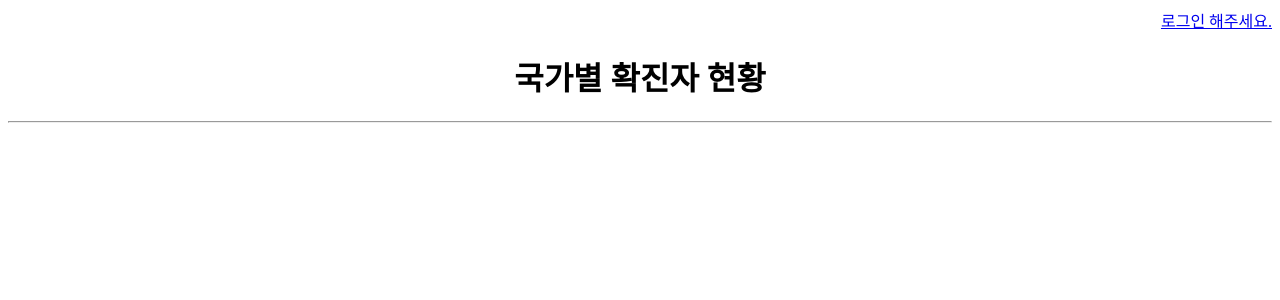
Repository: midrash/fileUpload-Test
Page: spring-ajax-test-frontend/index.html
An editor plug-in stored every save of this project. The page is shown before and after the next save, followed by the edit.
The browser window is 1280 px wide. The pictures show the whole page.

Above is the page before, as saved 2020-10-28 09:06:49.

### spring-ajax-test-frontend/index.html
<!DOCTYPE html>
<html>
<head>
<meta charset="UTF-8">
<title>Insert title here</title>
<style>
#loginInfo {
	text-align: right;
}

#head {
	text-align: center;
}

.inputtitle {
	display: inline-block;
	width: 100px;
	background: silver;
	text-align: center;
}
</style>
<script	src="https://ajax.googleapis.com/ajax/libs/jquery/3.5.1/jquery.min.js"></script>
<script>
	let root = '/test';
	let isLogin = false;
	let loginUser = {
		id: ''
	}
</script>
</head>
<body>
	<div id="loginInfo">
	</div>

	<h1 id="head">국가별 확진자 현황</h1>
	<hr>
	<div id="countryListArea">
	<form action="deletes">
		<table>
			<thead>
			<tr>
				<th>국가번호</th>
				<th>국가명</th>
				<th>확진자수</th>
				<th>지역</th>
				<th>삭제</th>
			</tr>
			</thead>
			<tbody id="ListBody">

			</tbody>
		</table>
		<div>
			<button>선택항목삭제</button>
		</div>
	</form>
	</div>

	<!--------------------------------------------------------------------------------------------------------------->
	<div id="countryDetailArea">
		<label for="ccode" class="inputtitle">국가 번호</label>
		<input type="text" id="detail_ccode">
		<br>
		<label for="cname" class="inputtitle">국가명</label>
		<input type="text" id="detail_cname">
		<br>
		<label for="patient" class="inputtitle">확진자수</label>
		<input type="text" id="detail_patient">
		<br>
		<label for="rcode" class="inputtitle">지역</label>
		<input type="text" id="detail_rname">
	</div>


	<!--------------------------------------------------------------------------------------------------------------->
	<div id="countryRegistArea">
		<h2>확진자 현황 등록</h2>
	<form id="registForm">
		<label for="ccode" class="inputtitle">국가 코드</label>
		<input type="text" name="ccode" id="ccode">
		<br>
		<label for="cname" class="inputtitle">국가명</label>
		<input type="text" name="cname" id="cname">
		<br>
		<label for="patient" class="inputtitle">확진자수</label>
		<input type="number" name="patient" id="patient">
		<br>
		<label for="rcode" class="inputtitle">지역</label>
		<select id="rcode" name="rcode">
			<option value="eu">유럽
			<option value="na">북아메리카
			<option value="as">아시아
		</select>
		<br>
		<input type="submit" value="확진자 현황 등록">
		<input type="reset" value="초기화">
	</form>


	<!--------------------------------------------------------------------------------------------------------------->
	<div id="loginArea">
		<div id="loginMsg">
			<h2>이미 로그인 되있습니다.</h2>
		</div>
		<div id="loginFormDiv">
			<div>
				<label>아이디</label> <input type="text" id="id">
			</div>
			<div>
				<label>패스워드</label> <input type="password" id="pw">
			</div>
			<div>
				<button type="button" id="LoginBtn">로그인</button>
			</div>
		</div>



	</div>
	<div>
			<a href="#">홈으로</a>
			<a href="/country/regist">국가별 확진자등록</a>
			<a href="#" id="viewList" >목록보기</a>
		</div>
	<script >
	// 로그인 여부에 따라서 화면의 멘트 체인지
	if (isLogin){
		$("#loginInfo").html(`${loginUser.id }님 로그인되었습니다. <a	href="${root}/user/logout">로그아웃</a>`);
		$("#loginMsg").show();
		$("#loginFormDiv").hide();
		$("#countryListArea").hide();


	} else {
		$("#loginInfo").html(`<a href="${root}">로그인 해주세요.</a>`);
		$("#loginMsg").hide();
		$("#loginFormDiv").show();

	}
	$("#countryListArea,#countryRegistArea,#countryDetailArea").hide();

	// 상세 이벤트 처리

	$("#ListBody").on("click"," a",function(){
		console.log($(this).text());
		$.ajax({
			url: `${root}/country/detail.do`,
			data: {
				ccode : $(this).text()
			},
			dataType :'json',
			success: function(data){
				console.dir(data);
				$("#detail_ccode").val(data.ccode);
				$("#detail_cname").val(data.cname);
				$("#detail_patient").val(data.patient);
				$("#detail_rname").val(data.rname);

				$("#loginArea").hide();
				$("#countryRegistArea").hide();
				$("#countryListArea").hide();
				$("#countryDetailArea").show();
			},
			error : function(){
				alert("상세 정보 조회시 문제 발생");
			}

		});




	});


	// 목록 이벤트 처리
	$("#viewList").click(function(){
		$.ajax({
			url: `${root}/country/list.do`,
			dataType :'json',
			success: function(data){
				console.dir(data);
				$("#ListBody").html("");
				$.each(data,function(i,v){
				console.log(i,v);
				$("#ListBody").append(`
					<tr>
						<td><a href="#detail?ccode=${v.ccode}">${v.ccode}</a></td>
						<td>${v.cname}</td>
						<td>${v.patient}</td>
						<td>${v.rname}</td>
						<td><input type="checkbox" name="ccodes" value="${v.ccode}"></td>
					</tr>
					`);
				});
				$("#loginArea").hide();
				$("#countryRegistArea").hide();
				$("#countryListArea").show();
				$("#countryDetailArea").hide();

			},
			error: function(){
					alert("조회시 에러 발생");
			}
		});
	});


	// 등록 이벤트 처리
	$("#registForm").submit(function(e){
// 		console.log("서브밋 버튼 클릭됨");
		e.preventDefault(); // 기본 이벤트를 중단시키기

// 		console.log($("#registForm").serialize());
		$.ajax({
			url: `${root}/country/regist.do`,
			type:'POST',
			data: $("#registForm").serialize(),
			dataType :'json',
			success: function(data){
				console.dir(data);
				if (data.result == "0") {
					alert("등록시 문제 발생");
				}else{
					alert("코로나 현황 정보가 등록되었습니다.")
					//폼 데이터를 빈값으로 변경
					$("#registForm")[0].reset();
				}
			},
			error : function(){
				alert("등록시 문제 발생");
			}
		});
	})



	// 로그인 버튼 이벤트 설정하기
	$("#LoginBtn").click(function(){
		// 사용자가 입력한 내용을 /user/login.do를 처리하는 메서드로 ajax 요청
		$.ajax({
			url: `${root}/user/login.do`,
			type:'POST',
			data: {
				id:$('#id').val(),
				pw:$('#pw').val()
			},
			dataType :'json',
			success: function(data){
				console.dir(data);
				if (data.result == "0") {
					alert("아이디 또는 패스워드를 확인하세요")
				}else{
					$("#countryRegistArea").show();
					$("#loginArea").hide();
					$("#detailArea").hide();
					$("#countryDetailArea").hide();
				}
			}
		});
	});

	</script>
</body>
</html>

### spring-ajax-test-frontend/js/notify.js
/* Notify.js - http://notifyjs.com/ Copyright (c) 2015 MIT */
(function (factory) {
	// UMD start
	// https://github.com/umdjs/umd/blob/master/jqueryPluginCommonjs.js
	if (typeof define === 'function' && define.amd) {
		// AMD. Register as an anonymous module.
		define(['jquery'], factory);
	} else if (typeof module === 'object' && module.exports) {
		// Node/CommonJS
		module.exports = function( root, jQuery ) {
			if ( jQuery === undefined ) {
				// require('jQuery') returns a factory that requires window to
				// build a jQuery instance, we normalize how we use modules
				// that require this pattern but the window provided is a noop
				// if it's defined (how jquery works)
				if ( typeof window !== 'undefined' ) {
					jQuery = require('jquery');
				}
				else {
					jQuery = require('jquery')(root);
				}
			}
			factory(jQuery);
			return jQuery;
		};
	} else {
		// Browser globals
		factory(jQuery);
	}
}(function ($) {
	//IE8 indexOf polyfill
	var indexOf = [].indexOf || function(item) {
		for (var i = 0, l = this.length; i < l; i++) {
			if (i in this && this[i] === item) {
				return i;
			}
		}
		return -1;
	};

	var pluginName = "notify";
	var pluginClassName = pluginName + "js";
	var blankFieldName = pluginName + "!blank";

	var positions = {
		t: "top",
		m: "middle",
		b: "bottom",
		l: "left",
		c: "center",
		r: "right"
	};
	var hAligns = ["l", "c", "r"];
	var vAligns = ["t", "m", "b"];
	var mainPositions = ["t", "b", "l", "r"];
	var opposites = {
		t: "b",
		m: null,
		b: "t",
		l: "r",
		c: null,
		r: "l"
	};

	var parsePosition = function(str) {
		var pos;
		pos = [];
		$.each(str.split(/\W+/), function(i, word) {
			var w;
			w = word.toLowerCase().charAt(0);
			if (positions[w]) {
				return pos.push(w);
			}
		});
		return pos;
	};

	var styles = {};

	var coreStyle = {
		name: "core",
		html: "<div class=\"" + pluginClassName + "-wrapper\">\n	<div class=\"" + pluginClassName + "-arrow\"></div>\n	<div class=\"" + pluginClassName + "-container\"></div>\n</div>",
		css: "." + pluginClassName + "-corner {\n	position: fixed;\n	margin: 5px;\n	z-index: 1050;\n}\n\n." + pluginClassName + "-corner ." + pluginClassName + "-wrapper,\n." + pluginClassName + "-corner ." + pluginClassName + "-container {\n	position: relative;\n	display: block;\n	height: inherit;\n	width: inherit;\n	margin: 3px;\n}\n\n." + pluginClassName + "-wrapper {\n	z-index: 1;\n	position: absolute;\n	display: inline-block;\n	height: 0;\n	width: 0;\n}\n\n." + pluginClassName + "-container {\n	display: none;\n	z-index: 1;\n	position: absolute;\n}\n\n." + pluginClassName + "-hidable {\n	cursor: pointer;\n}\n\n[data-notify-text],[data-notify-html] {\n	position: relative;\n}\n\n." + pluginClassName + "-arrow {\n	position: absolute;\n	z-index: 2;\n	width: 0;\n	height: 0;\n}"
	};

	var stylePrefixes = {
		"border-radius": ["-webkit-", "-moz-"]
	};

	var getStyle = function(name) {
		return styles[name];
	};

	var removeStyle = function(name) {
		if (!name) {
			throw "Missing Style name";
		}
		if (styles[name]) {
			delete styles[name];
		}
	};

	var addStyle = function(name, def) {
		if (!name) {
			throw "Missing Style name";
		}
		if (!def) {
			throw "Missing Style definition";
		}
		if (!def.html) {
			throw "Missing Style HTML";
		}
		//remove existing style
		var existing = styles[name];
		if (existing && existing.cssElem) {
			if (window.console) {
				console.warn(pluginName + ": overwriting style '" + name + "'");
			}
			styles[name].cssElem.remove();
		}
		def.name = name;
		styles[name] = def;
		var cssText = "";
		if (def.classes) {
			$.each(def.classes, function(className, props) {
				cssText += "." + pluginClassName + "-" + def.name + "-" + className + " {\n";
				$.each(props, function(name, val) {
					if (stylePrefixes[name]) {
						$.each(stylePrefixes[name], function(i, prefix) {
							return cssText += "	" + prefix + name + ": " + val + ";\n";
						});
					}
					return cssText += "	" + name + ": " + val + ";\n";
				});
				return cssText += "}\n";
			});
		}
		if (def.css) {
			cssText += "/* styles for " + def.name + " */\n" + def.css;
		}
		if (cssText) {
			def.cssElem = insertCSS(cssText);
			def.cssElem.attr("id", "notify-" + def.name);
		}
		var fields = {};
		var elem = $(def.html);
		findFields("html", elem, fields);
		findFields("text", elem, fields);
		def.fields = fields;
	};

	var insertCSS = function(cssText) {
		var e, elem, error;
		elem = createElem("style");
		elem.attr("type", 'text/css');
		$("head").append(elem);
		try {
			elem.html(cssText);
		} catch (_) {
			elem[0].styleSheet.cssText = cssText;
		}
		return elem;
	};

	var findFields = function(type, elem, fields) {
		var attr;
		if (type !== "html") {
			type = "text";
		}
		attr = "data-notify-" + type;
		return find(elem, "[" + attr + "]").each(function() {
			var name;
			name = $(this).attr(attr);
			if (!name) {
				name = blankFieldName;
			}
			fields[name] = type;
		});
	};

	var find = function(elem, selector) {
		if (elem.is(selector)) {
			return elem;
		} else {
			return elem.find(selector);
		}
	};

	var pluginOptions = {
		clickToHide: true,
		autoHide: true,
		autoHideDelay: 5000,
		arrowShow: true,
		arrowSize: 5,
		breakNewLines: true,
		elementPosition: "bottom",
		globalPosition: "top right",
		style: "bootstrap",
		className: "error",
		showAnimation: "slideDown",
		showDuration: 400,
		hideAnimation: "slideUp",
		hideDuration: 200,
		gap: 5
	};

	var inherit = function(a, b) {
		var F;
		F = function() {};
		F.prototype = a;
		return $.extend(true, new F(), b);
	};

	var defaults = function(opts) {
		return $.extend(pluginOptions, opts);
	};

	var createElem = function(tag) {
		return $("<" + tag + "></" + tag + ">");
	};

	var globalAnchors = {};

	var getAnchorElement = function(element) {
		var radios;
		if (element.is('[type=radio]')) {
			radios = element.parents('form:first').find('[type=radio]').filter(function(i, e) {
				return $(e).attr("name") === element.attr("name");
			});
			element = radios.first();
		}
		return element;
	};

	var incr = function(obj, pos, val) {
		var opp, temp;
		if (typeof val === "string") {
			val = parseInt(val, 10);
		} else if (typeof val !== "number") {
			return;
		}
		if (isNaN(val)) {
			return;
		}
		opp = positions[opposites[pos.charAt(0)]];
		temp = pos;
		if (obj[opp] !== undefined) {
			pos = positions[opp.charAt(0)];
			val = -val;
		}
		if (obj[pos] === undefined) {
			obj[pos] = val;
		} else {
			obj[pos] += val;
		}
		return null;
	};

	var realign = function(alignment, inner, outer) {
		if (alignment === "l" || alignment === "t") {
			return 0;
		} else if (alignment === "c" || alignment === "m") {
			return outer / 2 - inner / 2;
		} else if (alignment === "r" || alignment === "b") {
			return outer - inner;
		}
		throw "Invalid alignment";
	};

	var encode = function(text) {
		encode.e = encode.e || createElem("div");
		return encode.e.text(text).html();
	};

	function Notification(elem, data, options) {
		if (typeof options === "string") {
			options = {
				className: options
			};
		}
		this.options = inherit(pluginOptions, $.isPlainObject(options) ? options : {});
		this.loadHTML();
		this.wrapper = $(coreStyle.html);
		if (this.options.clickToHide) {
			this.wrapper.addClass(pluginClassName + "-hidable");
		}
		this.wrapper.data(pluginClassName, this);
		this.arrow = this.wrapper.find("." + pluginClassName + "-arrow");
		this.container = this.wrapper.find("." + pluginClassName + "-container");
		this.container.append(this.userContainer);
		if (elem && elem.length) {
			this.elementType = elem.attr("type");
			this.originalElement = elem;
			this.elem = getAnchorElement(elem);
			this.elem.data(pluginClassName, this);
			this.elem.before(this.wrapper);
		}
		this.container.hide();
		this.run(data);
	}

	Notification.prototype.loadHTML = function() {
		var style;
		style = this.getStyle();
		this.userContainer = $(style.html);
		this.userFields = style.fields;
	};

	Notification.prototype.show = function(show, userCallback) {
		var args, callback, elems, fn, hidden;
		callback = (function(_this) {
			return function() {
				if (!show && !_this.elem) {
					_this.destroy();
				}
				if (userCallback) {
					return userCallback();
				}
			};
		})(this);
		hidden = this.container.parent().parents(':hidden').length > 0;
		elems = this.container.add(this.arrow);
		args = [];
		if (hidden && show) {
			fn = "show";
		} else if (hidden && !show) {
			fn = "hide";
		} else if (!hidden && show) {
			fn = this.options.showAnimation;
			args.push(this.options.showDuration);
		} else if (!hidden && !show) {
			fn = this.options.hideAnimation;
			args.push(this.options.hideDuration);
		} else {
			return callback();
		}
		args.push(callback);
		return elems[fn].apply(elems, args);
	};

	Notification.prototype.setGlobalPosition = function() {
		var p = this.getPosition();
		var pMain = p[0];
		var pAlign = p[1];
		var main = positions[pMain];
		var align = positions[pAlign];
		var key = pMain + "|" + pAlign;
		var anchor = globalAnchors[key];
		if (!anchor || !document.body.contains(anchor[0])) {
			anchor = globalAnchors[key] = createElem("div");
			var css = {};
			css[main] = 0;
			if (align === "middle") {
				css.top = '45%';
			} else if (align === "center") {
				css.left = '45%';
			} else {
				css[align] = 0;
			}
			anchor.css(css).addClass(pluginClassName + "-corner");
			$("body").append(anchor);
		}
		return anchor.prepend(this.wrapper);
	};

	Notification.prototype.setElementPosition = function() {
		var arrowColor, arrowCss, arrowSize, color, contH, contW, css, elemH, elemIH, elemIW, elemPos, elemW, gap, j, k, len, len1, mainFull, margin, opp, oppFull, pAlign, pArrow, pMain, pos, posFull, position, ref, wrapPos;
		position = this.getPosition();
		pMain = position[0];
		pAlign = position[1];
		pArrow = position[2];
		elemPos = this.elem.position();
		elemH = this.elem.outerHeight();
		elemW = this.elem.outerWidth();
		elemIH = this.elem.innerHeight();
		elemIW = this.elem.innerWidth();
		wrapPos = this.wrapper.position();
		contH = this.container.height();
		contW = this.container.width();
		mainFull = positions[pMain];
		opp = opposites[pMain];
		oppFull = positions[opp];
		css = {};
		css[oppFull] = pMain === "b" ? elemH : pMain === "r" ? elemW : 0;
		incr(css, "top", elemPos.top - wrapPos.top);
		incr(css, "left", elemPos.left - wrapPos.left);
		ref = ["top", "left"];
		for (j = 0, len = ref.length; j < len; j++) {
			pos = ref[j];
			margin = parseInt(this.elem.css("margin-" + pos), 10);
			if (margin) {
				incr(css, pos, margin);
			}
		}
		gap = Math.max(0, this.options.gap - (this.options.arrowShow ? arrowSize : 0));
		incr(css, oppFull, gap);
		if (!this.options.arrowShow) {
			this.arrow.hide();
		} else {
			arrowSize = this.options.arrowSize;
			arrowCss = $.extend({}, css);
			arrowColor = this.userContainer.css("border-color") || this.userContainer.css("border-top-color") || this.userContainer.css("background-color") || "white";
			for (k = 0, len1 = mainPositions.length; k < len1; k++) {
				pos = mainPositions[k];
				posFull = positions[pos];
				if (pos === opp) {
					continue;
				}
				color = posFull === mainFull ? arrowColor : "transparent";
				arrowCss["border-" + posFull] = arrowSize + "px solid " + color;
			}
			incr(css, positions[opp], arrowSize);
			if (indexOf.call(mainPositions, pAlign) >= 0) {
				incr(arrowCss, positions[pAlign], arrowSize * 2);
			}
		}
		if (indexOf.call(vAligns, pMain) >= 0) {
			incr(css, "left", realign(pAlign, contW, elemW));
			if (arrowCss) {
				incr(arrowCss, "left", realign(pAlign, arrowSize, elemIW));
			}
		} else if (indexOf.call(hAligns, pMain) >= 0) {
			incr(css, "top", realign(pAlign, contH, elemH));
			if (arrowCss) {
				incr(arrowCss, "top", realign(pAlign, arrowSize, elemIH));
			}
		}
		if (this.container.is(":visible")) {
			css.display = "block";
		}
		this.container.removeAttr("style").css(css);
		if (arrowCss) {
			return this.arrow.removeAttr("style").css(arrowCss);
		}
	};

	Notification.prototype.getPosition = function() {
		var pos, ref, ref1, ref2, ref3, ref4, ref5, text;
		text = this.options.position || (this.elem ? this.options.elementPosition : this.options.globalPosition);
		pos = parsePosition(text);
		if (pos.length === 0) {
			pos[0] = "b";
		}
		if (ref = pos[0], indexOf.call(mainPositions, ref) < 0) {
			throw "Must be one of [" + mainPositions + "]";
		}
		if (pos.length === 1 || ((ref1 = pos[0], indexOf.call(vAligns, ref1) >= 0) && (ref2 = pos[1], indexOf.call(hAligns, ref2) < 0)) || ((ref3 = pos[0], indexOf.call(hAligns, ref3) >= 0) && (ref4 = pos[1], indexOf.call(vAligns, ref4) < 0))) {
			pos[1] = (ref5 = pos[0], indexOf.call(hAligns, ref5) >= 0) ? "m" : "l";
		}
		if (pos.length === 2) {
			pos[2] = pos[1];
		}
		return pos;
	};

	Notification.prototype.getStyle = function(name) {
		var style;
		if (!name) {
			name = this.options.style;
		}
		if (!name) {
			name = "default";
		}
		style = styles[name];
		if (!style) {
			throw "Missing style: " + name;
		}
		return style;
	};

	Notification.prototype.updateClasses = function() {
		var classes, style;
		classes = ["base"];
		if ($.isArray(this.options.className)) {
			classes = classes.concat(this.options.className);
		} else if (this.options.className) {
			classes.push(this.options.className);
		}
		style = this.getStyle();
		classes = $.map(classes, function(n) {
			return pluginClassName + "-" + style.name + "-" + n;
		}).join(" ");
		return this.userContainer.attr("class", classes);
	};

	Notification.prototype.run = function(data, options) {
		var d, datas, name, type, value;
		if ($.isPlainObject(options)) {
			$.extend(this.options, options);
		} else if ($.type(options) === "string") {
			this.options.className = options;
		}
		if (this.container && !data) {
			this.show(false);
			return;
		} else if (!this.container && !data) {
			return;
		}
		datas = {};
		if ($.isPlainObject(data)) {
			datas = data;
		} else {
			datas[blankFieldName] = data;
		}
		for (name in datas) {
			d = datas[name];
			type = this.userFields[name];
			if (!type) {
				continue;
			}
			if (type === "text") {
				d = encode(d);
				if (this.options.breakNewLines) {
					d = d.replace(/\n/g, '<br/>');
				}
			}
			value = name === blankFieldName ? '' : '=' + name;
			find(this.userContainer, "[data-notify-" + type + value + "]").html(d);
		}
		this.updateClasses();
		if (this.elem) {
			this.setElementPosition();
		} else {
			this.setGlobalPosition();
		}
		this.show(true);
		if (this.options.autoHide) {
			clearTimeout(this.autohideTimer);
			this.autohideTimer = setTimeout(this.show.bind(this, false), this.options.autoHideDelay);
		}
	};

	Notification.prototype.destroy = function() {
		this.wrapper.data(pluginClassName, null);
		this.wrapper.remove();
	};

	$[pluginName] = function(elem, data, options) {
		if ((elem && elem.nodeName) || elem.jquery) {
			$(elem)[pluginName](data, options);
		} else {
			options = data;
			data = elem;
			new Notification(null, data, options);
		}
		return elem;
	};

	$.fn[pluginName] = function(data, options) {
		$(this).each(function() {
			var prev = getAnchorElement($(this)).data(pluginClassName);
			if (prev) {
				prev.destroy();
			}
			var curr = new Notification($(this), data, options);
		});
		return this;
	};

	$.extend($[pluginName], {
		defaults: defaults,
		addStyle: addStyle,
		removeStyle: removeStyle,
		pluginOptions: pluginOptions,
		getStyle: getStyle,
		insertCSS: insertCSS
	});

	//always include the default bootstrap style
	addStyle("bootstrap", {
		html: "<div>\n<span data-notify-text></span>\n</div>",
		classes: {
			base: {
				"font-weight": "bold",
				"padding": "8px 15px 8px 14px",
				"text-shadow": "0 1px 0 rgba(255, 255, 255, 0.5)",
				"background-color": "#fcf8e3",
				"border": "1px solid #fbeed5",
				"border-radius": "4px",
				"white-space": "nowrap",
				"padding-left": "25px",
				"background-repeat": "no-repeat",
				"background-position": "3px 7px"
			},
			error: {
				"color": "#B94A48",
				"background-color": "#F2DEDE",
				"border-color": "#EED3D7",
				"background-image": "url(data:[embedded picture, 1114 characters])"
			},
			success: {
				"color": "#468847",
				"background-color": "#DFF0D8",
				"border-color": "#D6E9C6",
				"background-image": "url(data:[embedded picture, 1146 characters])"
			},
			info: {
				"color": "#3A87AD",
				"background-color": "#D9EDF7",
				"border-color": "#BCE8F1",
				"background-image": "url(data:[embedded picture, 1466 characters])"
			},
			warn: {
				"color": "#C09853",
				"background-color": "#FCF8E3",
				"border-color": "#FBEED5",
				"background-image": "url(data:[embedded picture, 794 characters])"
			}
		}
	});

	$(function() {
		insertCSS(coreStyle.css).attr("id", "core-notify");
		$(document).on("click", "." + pluginClassName + "-hidable", function(e) {
			$(this).trigger("notify-hide");
		});
		$(document).on("notify-hide", "." + pluginClassName + "-wrapper", function(e) {
			var elem = $(this).data(pluginClassName);
			if(elem) {
				elem.show(false);
			}
		});
	});

}));

After the next save:
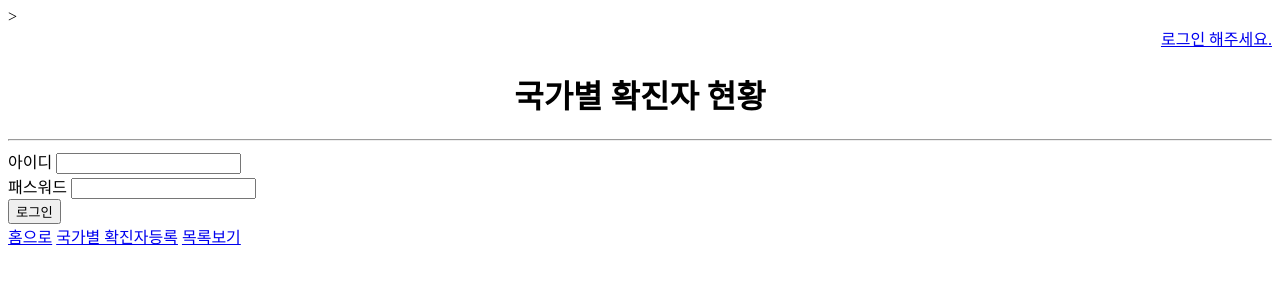
Saved 8 s later.
--- a/spring-ajax-test-frontend/index.html
+++ b/spring-ajax-test-frontend/index.html
@@ -20,12 +20,18 @@
 }
 </style>
 <script	src="https://ajax.googleapis.com/ajax/libs/jquery/3.5.1/jquery.min.js"></script>
+<script	src="js/notify.js"></script> <!-- 제이쿼리 기반이라 제이쿼리 아래에 써야함-->>
+<script src="https://cdn.jsdelivr.net/npm/sweetalert2@10"></script>
+
 <script>
-	let root = '/test';
+	let root = 'http://localhost:8080/test';
 	let isLogin = false;
 	let loginUser = {
 		id: ''
 	}
+
+
+
 </script>
 </head>
 <body>
@@ -95,7 +101,7 @@
 		<input type="submit" value="확진자 현황 등록">
 		<input type="reset" value="초기화">
 	</form>
-
+	</div>
 
 	<!--------------------------------------------------------------------------------------------------------------->
 	<div id="loginArea">
@@ -222,7 +228,11 @@
 				if (data.result == "0") {
 					alert("등록시 문제 발생");
 				}else{
-					alert("코로나 현황 정보가 등록되었습니다.")
+					// alert("코로나 현황 정보가 등록되었습니다.")
+					// $.notify("코로나 현황 정보가 등록되었습니다.");
+					// $.notify("코로나 현황 정보가 등록되었습니다.","success");
+					$.notify("코로나 현황 정보가 등록되었습니다.",{position: "bottom right"});
+
 					//폼 데이터를 빈값으로 변경
 					$("#registForm")[0].reset();
 				}
@@ -249,7 +259,9 @@
 			success: function(data){
 				console.dir(data);
 				if (data.result == "0") {
-					alert("아이디 또는 패스워드를 확인하세요")
+					// alert("아이디 또는 패스워드를 확인하세요")
+					Swal.fire('아이디 또는 패스워드를 확인하세요')
+					$.notify("코로나 현황 정보가 등록되었습니다.",{position: "bottom right"});
 				}else{
 					$("#countryRegistArea").show();
 					$("#loginArea").hide();
